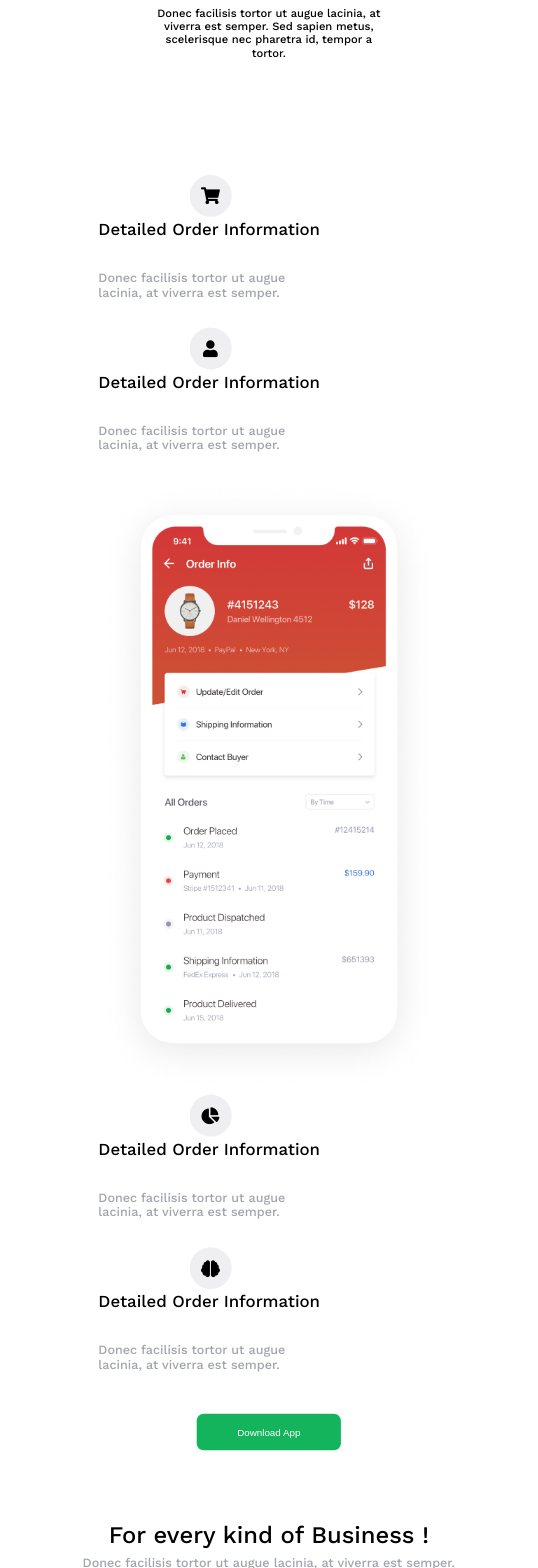
Repository: thinhnguyen347/thinhnguyen347.github.io
Page: cut-html-css/index.html
These files come from the project's save history. The page is drawn as it stood at one moment and after a run of saves; the edit follows.
The browser window is 768 px wide. The pictures show the part of the page from y = 1914 to 4154 px (the page is 6570 px tall before and 6234 px after), at 70% of full size.

Above is the page before, as saved 2021-11-14 09:01:01.

### cut-html-css/index.html
<!-- Source: https://www.sketchappsources.com/free-source/3445-mobile-app-landing-page-sketch-freebie-resource.html -->

<!DOCTYPE html>
<html lang="en">

<head>
    <meta charset="UTF-8">
    <meta http-equiv="X-UA-Compatible" content="IE=edge">
    <meta name="viewport" content="width=device-width, initial-scale=1.0">
    <title>Mobile App</title>
    <link rel="shortcut icon" href="https://i.ibb.co/ypjQ3yW/M.png" type="image/x-icon">
    <link rel="stylesheet" href="./css/style.css">
    <link rel="stylesheet" href="./css/style2.css">
    <link rel="stylesheet" type="text/css" href="slick/slick.css" />
    <link rel="stylesheet" href="https://cdnjs.cloudflare.com/ajax/libs/font-awesome/5.15.3/css/all.min.css"
        integrity="sha512-iBBXm8fW90+nuLcSKlbmrPcLa0OT92xO1BIsZ+ywDWZCvqsWgccV3gFoRBv0z+8dLJgyAHIhR35VZc2oM/gI1w=="
        crossorigin="anonymous" />
    <script src="https://ajax.googleapis.com/ajax/libs/jquery/3.6.0/jquery.min.js"></script>

</head>

<body>
    <div class="container1">
        <div class="hero-section">
            <div class="menu-panel-desktop ">
                <div class="logo"><a href="#" target="_self"><img src="img/logo.png" alt="beepb.io" height="40px"></a>
                </div>

                <div class="menu">
                    <ul>
                        <li><a href="#">Features</a></li>
                        <li><a href="#">Benefits</a></li>
                        <li><a href="#">Plans</a></li>
                        <li class="menu-item"><a href="#">Downloads&nbsp;<i class="fas fa-angle-down"></i></a>
                            <ul class="drop-down">
                                <li><a href="#">Android version</a></li>
                                <li><a href="#">iOS version</a></li>
                                <li><a href="#">ChromeOS version</a></li>
                            </ul>
                        </li>
                        <li><a href="#">Support</a></li>
                        <li><button class="get-started fontwhite">Get Started</button></li>
                    </ul>

                </div>
            </div>
            <!-- Mobile menu -->
            <div class="menu-panel-mobile">

                <div class="logo-mobile">
                    <img class="menu-icon" src="https://i.ibb.co/6vzRnYW/menubtn-white.png" alt="menu" width="40px">

                    <a href="#" target="_self"><img src="img/logo.png" alt="beepb.io" height="40px"></a>
                </div>

                <div class="dropdown-mobile-container hide">

                    <div class="dropdown-mobile">
                        <div class="close-btn">
                            <i class="fas fa-times fontwhite"></i>
                        </div>
                        <ul>
                            <li><a href="#">Features</a></li>
                            <li><a href="#">Benefits</a></li>
                            <li><a href="#">Finance</a></li>
                            <li><a href="#">Downloads</a></li>
                            <li><a href="#">Sign In</a></li>
                            <li><button class="get-started-mobile fontwhite">Sign Up</button></li>
                        </ul>
                    </div>
                </div>
            </div>

            <!-- iPhone -->
            <div class="hero-content">
                <div class="hero-content__img">
                    <img class="iphone-x1" src="img/iphone_x.png" alt="mobile-app">
                </div>

                <div class="hero-content__text fontwhite">
                    <h1>Warehouse management</h1>
                    <h1>Made simple.</h1>
                    <p>BeepB lets you take control of your complete ecommerce warehouse and understand how you’re
                        business is holding up.</p>
                    <div class="hero-content__btn">
                        <button class="download fontwhite"><a href="#">Download the app</button></a>
                        <div class="play-icon">
                            <div class="play-icon-container"><i class="fas fa-caret-right"></i></div>
                            <div class="play-icon-text"><a href="#">Watch How it Works</a></div>
                        </div>
                    </div>
                </div>
            </div>

        </div>

        <div class="feature">

            <p>Everything you’ll ever need.</p>
            <div class="f-list">
                <div class="f-items">
                    <div class="f-icon"><img src="./img/shield.png" alt="super-secure"></div>
                    <div>
                        <p class="title">Super Secured</p><br>
                        <p class="f-detail">Donec facilisis tortor ut augue lacinia, at viverra est semper. Sed
                            sapien metus, scelerisque nec pharetra id, tempor a tortor.</p>
                    </div>
                </div>
                <div class="f-items">
                    <div class="f-icon"><img src="./img/bar-chart.png" alt="super-secure"></div>
                    <div>
                        <p class="title">Detailed Analytics</p><br>
                        <p class="f-detail">Donec facilisis tortor ut augue lacinia, at viverra est semper. Sed
                            sapien metus, scelerisque nec pharetra id, tempor a tortor.</p>
                    </div>
                </div>
                <div class="f-items">
                    <div class="f-icon"><img src="./img/box.png" alt="super-secure"></div>
                    <div>
                        <p class="title">For any business</p><br>
                        <p class="f-detail">Donec facilisis tortor ut augue lacinia, at viverra est semper. Sed
                            sapien metus, scelerisque nec pharetra id, tempor a tortor.</p>
                    </div>
                </div>
            </div>
        </div>

    </div>
    <div class="container2">

        <img class="oval-black" src="./img/oval-bl.png" alt="decoration">
        <div class="section2">
            <div class="section2__content">
                <div class="left-panel">
                    <div class="functions-app">
                        <div class="icon"><i class="fas fa-shopping-cart"></i></div>
                        <p class="title">Detailed Order Information</p>
                        <p class="description">Donec facilisis tortor ut augue lacinia, at viverra est semper.</p>
                    </div>
                    <div class="functions-app">
                        <div class="icon"><i class="fas fa-user"></i></div>
                        <p class="title">Detailed Order Information</p>
                        <p class="description">Donec facilisis tortor ut augue lacinia, at viverra est semper.</p>
                    </div>
                </div>
                <div class="middle">
                    <img class="iphone-x2" src="img/iphone_x2.png" alt="mobile-app" max-width="340px">
                </div>
                <div class="right-panel">
                    <div class="functions-app">
                        <div class="icon"><i class="fas fa-chart-pie"></i></div>
                        <p class="title">Detailed Order Information</p>
                        <p class="description">Donec facilisis tortor ut augue lacinia, at viverra est semper.</p>
                    </div>
                    <div class="functions-app">
                        <div class="icon"><i class="fas fa-brain"></i></div>
                        <p class="title">Detailed Order Information</p>
                        <p class="description">Donec facilisis tortor ut augue lacinia, at viverra est semper.</p>
                    </div>
                </div>
            </div>
            <button class="download2 download fontwhite"><a href="#">Download App</a></button>
        </div>

        <div class="feature2">
            <img class="oval-green" src="./img/oval_gr.png" alt="decoration">
            <p class="business">For every kind of Business &excl;</p>
            <p class="sub-title">Donec facilisis tortor ut augue lacinia, at viverra est semper.</p>
            <div class="f-list">
                <div class="f-items">
                    <div class="img"><img src="./img/startup.png" alt="super-secure" width="320px"> </div>
                    <div>
                        <p class="title pdtop">Startups</p><br>
                        <p class="f-detail">In hac habitasse platea dictumst. Vivamus adipiscing fermentum quam volutpat
                            aliquam</p>
                    </div>
                </div>
                <div class="f-items">
                    <div class="img"><img src="./img/retailer.png" alt="super-secure" width="320px"></div>
                    <div>
                        <p class="title pdtop">Retailers</p><br>
                        <p class="f-detail">In hac habitasse platea dictumst. Vivamus adipiscing fermentum quam volutpat
                            aliquam</p>
                    </div>
                </div>
                <div class="f-items">
                    <div class="img"><img src="./img/indiv.png" alt="super-secure" width="320px"></div>
                    <div>
                        <p class="title pdtop">Individuals</p><br>
                        <p class="f-detail">In hac habitasse platea dictumst. Vivamus adipiscing fermentum quam volutpat
                            aliquam</p>
                    </div>
                </div>
            </div>
            <a href=""><button class="learn-more-btn">Learn more</button></a>
        </div>

        <div class="section3">
            <p class="business">Our users love the app!</p><br><br>
            <!-- Carousel  -->
            <div class="carousel-area">
                <div class="carousel">
                    <div>
                        <div class="review">
                            <p>Donec facilisis tortor ut augue lacinia, at viverra est semper. Sed sapien metus,
                                scelerisque
                                nec pharetra id, tempor a tortor.</p>
                        </div>
                        <div class="rate">
                            <div class="guest"><img src="./img/guest1.jpg" alt="review" width="100px"></div>
                            <div class="personal-rating">
                                <div class="guest-name">
                                    <p>Son Tung</p>
                                </div>
                                <div class="rating">
                                    <i class="far fa-star star-color"></i>
                                    <i class="far fa-star star-color"></i>
                                    <i class="far fa-star star-color"></i>
                                    <i class="far fa-star star-color"></i>
                                    <i class="far fa-star star-color"></i>
                                </div>
                            </div>
                        </div>
                    </div>
                    <div>
                        <div class="review">
                            <p>Donec facilisis tortor ut augue lacinia, at viverra est semper. Sed sapien metus,
                                scelerisque
                                nec pharetra id, tempor a tortor.</p>
                        </div>
                        <div class="rate">
                            <div class="guest"><img src="./img/guest2.jpg" alt="review" width="100px"></div>
                            <div class="personal-rating">
                                <div class="guest-name">
                                    <p>Min</p>
                                </div>
                                <div class="rating">
                                    <i class="far fa-star star-color"></i>
                                    <i class="far fa-star star-color"></i>
                                    <i class="far fa-star star-color"></i>
                                    <i class="far fa-star star-color"></i>
                                    <i class="fas fa-star star-gray"></i>
                                </div>
                            </div>
                        </div>
                    </div>
                    <div>
                        <div class="review">
                            <p>Donec facilisis tortor ut augue lacinia, at viverra est semper. Sed sapien metus,
                                scelerisque
                                nec pharetra id, tempor a tortor.</p>
                        </div>
                        <div class="rate">
                            <div class="guest"><img src="./img/guest3.jpg" alt="review" width="100px"></div>
                            <div class="personal-rating">
                                <div class="guest-name">
                                    <p>Soobin</p>
                                </div>
                                <div class="rating"><i class="far fa-star star-color"></i><i
                                        class="far fa-star star-color"></i><i class="far fa-star star-color"></i><i
                                        class="far fa-star star-color"></i><i class="far fa-star star-color"></i>
                                </div>
                            </div>
                        </div>
                    </div>
                </div>


            </div>
            <!-- End of Carousel  -->
        </div>

        <div class="bg-bottom">

            <div class="dld">
                <div>
                    <p class="title pdtop">Get started with the mobile app!</p><br>
                    <p class="f-detail">Donec facilisis tortor ut augue lacinia, at viverra est semper. Sed sapien
                        metus, scelerisque nec pharetra id, tempor a tortor.</p>
                </div>
                <br><br>
                <img src="./img/gglplay.png" alt="google-play" height="40px">&nbsp;
                <img src="./img/appstore.png" alt="appstore" height="40px">
            </div>


            <div class="container3">

                <div class="logo-footer"><a href="#" target="_self"><img src="img/logo.png" alt="beepb.io"
                            height="40px"></a>
                </div>

                <div class="bottom-panel">
                    <div class="block-end">
                        <div class="bottom-title">FEATURES</div>
                        <div class="item-end"><a href="#">Tour</a></div>
                        <div class="item-end"><a href="#">Analytics</a></div>
                        <div class="item-end"><a href="#">Security</a></div>
                        <div class="item-end"><a href="#">Intelligent AI</a></div>
                        <div class="item-end"><a href="#">SmartEngine</a></div>
                    </div>
                    <div class="block-end">
                        <div class="bottom-title">DOWNLOADS</div>
                        <div class="item-end"><a href="#">Android (Google Play)</a></div>
                        <div class="item-end"><a href="#">iOs (App Store)</a></div>
                        <div class="item-end"><a href="#">ChromeOS (Coming soon)</a></div>
                    </div>
                    <div class="block-end">
                        <div class="bottom-title">RESOURCES</div>
                        <div class="item-end"><a href="#">API</a></div>
                        <div class="item-end"><a href="#">Mobile SDK</a></div>
                        <div class="item-end"><a href="#">Blog</a></div>
                        <div class="item-end"><a href="#">Videos</a></div>
                    </div>
                    <div class="block-end">
                        <div class="bottom-title">COMPANY</div>
                        <div class="item-end"><a href="#">About us</a></div>
                        <div class="item-end"><a href="#">Jobs</a></div>
                        <div class="item-end"><a href="#">Press & Media</a></div>
                        <div class="item-end"><a href="#">Sitemap</a></div>
                    </div>
                </div>

                <div class="social-media">
                    <div class="media-icon"><a href="http://www.facebook.com"><img src="./img/facebook.png"
                                alt="facebook" width="30px"></a></div>
                    <div class="media-icon "><a href="http://www.twitter.com"><img src="./img/twitter.png" alt="twitter"
                                width="30px"></a></div>
                    <div class="media-icon "><a href="http://www.youtube.com"><img src="./img/youtube.png" alt="youtube"
                                width="30px"></a></div>
                    <div class="media-icon"><a href="http://www.google.com"><img src="./img/googleplus.png"
                                alt="google-plus" width="30px"></a></div>
                </div>
            </div>
        </div>
    </div>
    <div class="toast-end"></div>
    <!-- SCRIPT -->

    <script src="https://code.jquery.com/jquery-3.6.0.slim.js"
        integrity="sha256-HwWONEZrpuoh951cQD1ov2HUK5zA5DwJ1DNUXaM6FsY=" crossorigin="anonymous"></script>
    <script type="text/javascript" src="slick/slick.min.js"></script>
    <script src="./main.js"></script>

</body>

</html>

### cut-html-css/css/style2.css
@media (max-width: 480px) {
  .menu-icon {
    width: 25px;
    height: 25px;
    transform: translateY(25%);
    -webkit-transform: translateY(25%);
    -moz-transform: translateY(25%);
    -ms-transform: translateY(25%);
    -o-transform: translateY(25%);
  }

  .logo-mobile > a > img {
    width: 140px;
  }

  .hero-content__img > img {
    max-width: 300px;
  }

  .hero-content__text {
    width: auto;
    padding: 0;
    flex-direction: column;
  }

  .hero-content__btn {
    flex-direction: column;
  }

  .feature p {
    color: black !important;
  }

  .business {
    margin: auto 10px;
  }

  .prevArrow,
  .nextArrow {
    display: none;
  }

  .f-list {
    margin: auto 15px;
  }

  .play-icon {
    padding-top: 0;
    padding-bottom: 0;
  }

  .iphone-x3 {
    width: 300px;
  }

  .description {
    padding-top: 20px;
  }

  .title {
    text-align: center;
  }
}

@media (max-width: 768px) {
  .prevArrow,
  .nextArrow {
    display: none;
  }

  .hero-content {
    margin: 60px 15px 0 15px;
    flex-direction: column-reverse;
    gap: 60px;
  }

  .hero-content__text > h1 {
    text-align: center;
  }

  .iphone,
  .menu-panel-desktop {
    display: none;
  }

  .feature p {
    color: black !important;
  }

  .menu-panel-mobile {
    display: block;
  }

  .play-icon {
    justify-content: center;
    padding-top: 0;
    padding-bottom: 0;
    width: 100%;
  }

  .feature > p {
    font-size: 34px;
    padding-top: 60px;
    padding-bottom: 60px;
  }

  .feature {
    width: auto;
  }

  .iphone-x2{
    max-width: 3;
  }

  .f-list {
    display: flex;
    justify-content: space-around;
    margin: auto 15px;
  }

  .container3 {
    background-color: #1e202a;
    border-radius: 10px;
  }

  .section2,
  .section3 {
    background-image: none;
  }

  .oval-green,
  .oval-black {
    display: none;
  }

  .download2 {
    margin: 40px auto;
  }

  .feature2 {
    width: auto;
  }
  .carousel {
    width: 95%;
  }

  .business {
    padding-top: 20px !important;
  }

  .review {
    width: 95%;
  }

  .dld {
    width: 100%;
    margin: 40px auto 40px auto;
  }

  .bottom-panel {
    width: 100%;
    justify-content: space-around;
  }

  .block-end {
    width: 40%;
    text-align: center;
    padding-bottom: 50px;
  }

  .social-media {
    width: 100%;
    display: flex;
    flex-direction: row;
    justify-content: center;
    margin: auto;
    padding: 0 0 20px 0;
  }

  .section2__content {
    padding-top: 100px;
    flex-direction: column;
    margin: auto;
  }
}

@media (max-width: 1200px) {
  .menu-panel-desktop {
    padding: 60px 50px 90px 50px;
  }

  .hero-content {
    gap: 30px;
  }

  .hero-section {
    height: auto;
  }
}

@media (max-width: 1400px) {
  .section2,
  .feature2,
  .bg-bottom {
    padding: 15px;
  }

  .section3 {
    background-image: none;
  }

  .menu-panel-desktop {
    padding: 60px 50px 90px 50px;
  }

  .menu {
    width: 100%;
  }

  .get-started {
    width: 100px;
  }

  .page1 {
    width: 100%;
    display: flex;
    justify-content: space-around;
  }

  .feature {
    width: 100%;
  }

  .icon {
    margin: auto;
  }

  .business {
    padding-top: 50px !important;
  }

  .download2 {
    margin: 20px auto !important;
  }
}

Loaded but not shown: cut-html-css/slick/slick.css (common file); cut-html-css/slick/slick.min.js (library); cut-html-css/main.js (50 lines, source omitted); cut-html-css/css/style.css (649 lines, source omitted)

After the next 2 saves:
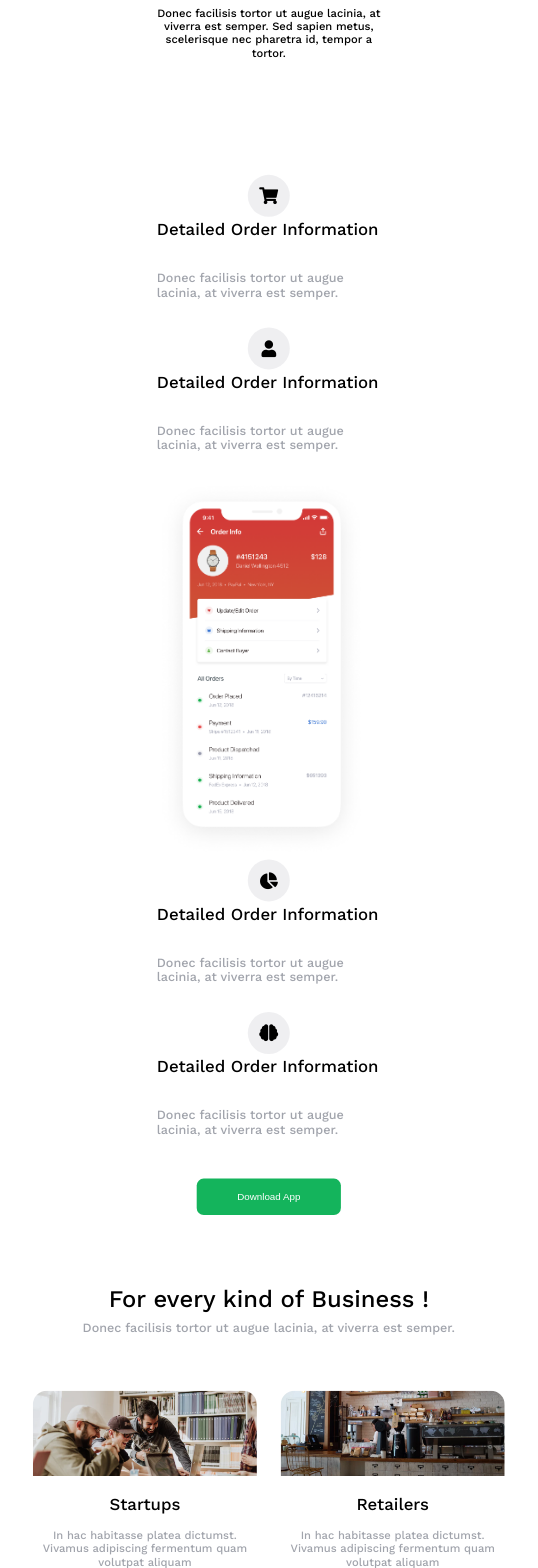
The 2 saves are shown as one change because they came seconds apart.
The last was saved 8 s later.
--- a/cut-html-css/css/style2.css
+++ b/cut-html-css/css/style2.css
@@ -109,7 +109,7 @@
   }
 
   .iphone-x2{
-    max-width: 3;
+    max-width: 300px;
   }
 
   .f-list {
